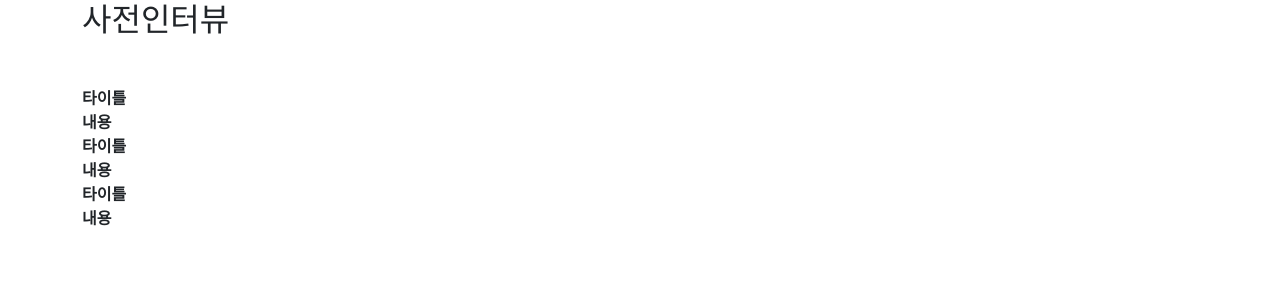
Repository: shin-eekk/js_study
Page: faq.html
These files come from the project's save history. The page is drawn as it stood at one moment and after the next save; the edit follows.
The browser window is 1280 px wide. The pictures show the whole page.
The style sheet was rebuilt from its Sass, Less or Tailwind sources for each picture, by a compiler version that may differ from the author's.

Above is the page before, as saved 2025-03-12 10:06:53.

After the next save:
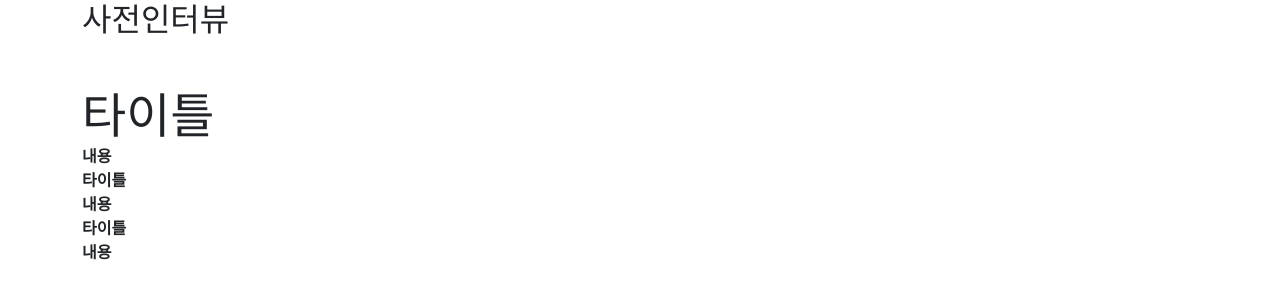
Saved 6 s later.
--- a/faq.html
+++ b/faq.html
@@ -15,7 +15,7 @@
         <div class="container d-flex gap-5 flex-column justify-content-center">
             <h2>사전인터뷰</h2>
             <dl>
-                <dt class="dis">타이틀</dt>
+                <dt class="display-5">타이틀</dt>
                 <dt>내용</dt>
                 <dt>타이틀</dt>
                 <dt>내용</dt>
